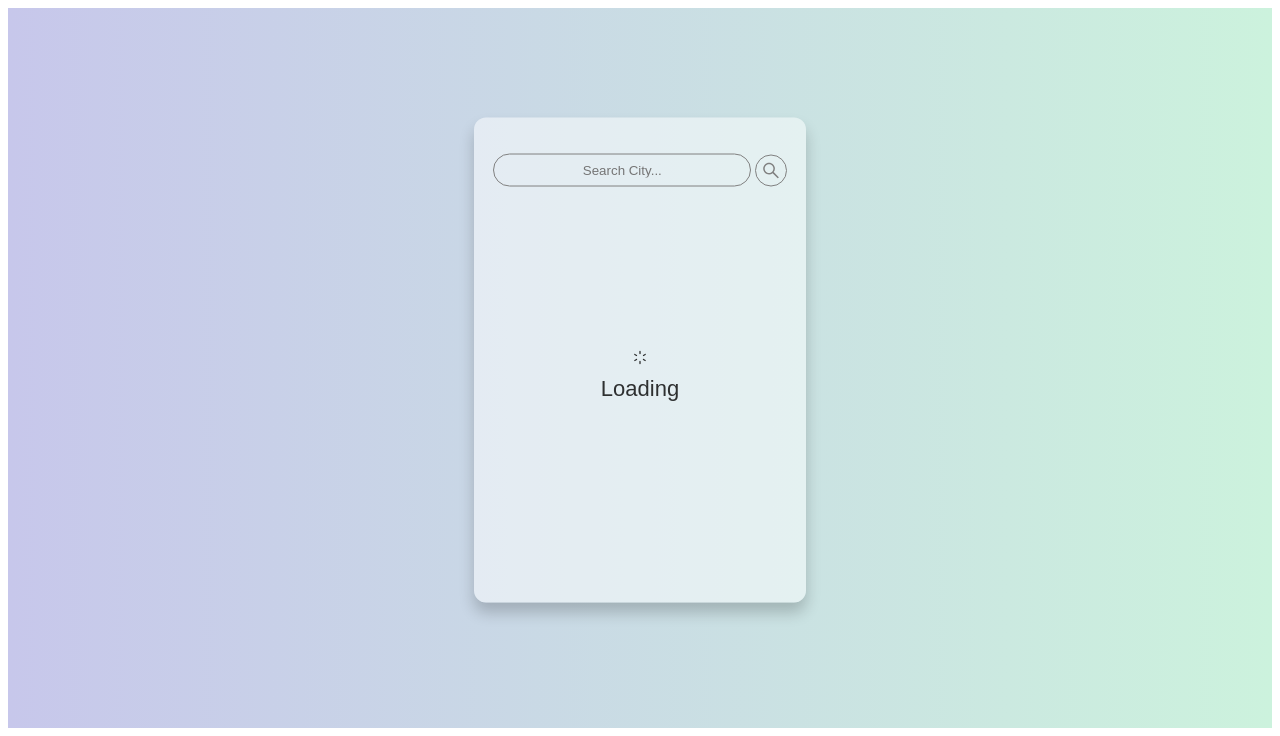
Repository: vaishnavik94/WeatherAPP
Page: /
These files come from the project's save history. The page is drawn as it stood at one moment and after the next save; the edit follows.
The browser window is 1280 px wide. The pictures show the whole page.
The page's requests for data from a server got no answer. The project was rebuilt for these pictures with package versions that can differ from the ones it lists, and the page was loaded fresh each time. No one was signed in, and anything a server would have sent is missing.

Above is the page before, as saved 2024-04-18 16:38:16.

### public/index.html
<!DOCTYPE html>
<html lang="en">

  <head>
    <meta charset="utf-8" />
    <meta name="viewport" content="width=device-width, initial-scale=1" />
    <meta name="theme-color" content="#000000" />
    <meta name="description" content="Web site created using create-react-app"/>

    <title>React App</title>
  </head>

  <body>
    <noscript>You need to enable JavaScript to run this app.</noscript>
    <div id="root"></div>

  </body>

</html>

### src/App.tsx
import React from 'react';
import './App.css';
import DisplayWeather from './components/DisplayWeather';

function App() {
  return (
    <div className="App">
      <DisplayWeather/>
    </div>
  );
}

export default App;

### src/components/DisplayWeather.tsx
import React from 'react'
import { MainWrapper } from './styles.module'
import { AiOutlineSearch } from "react-icons/ai";
import { WiHumidity } from "react-icons/wi";
import { BiWind } from "react-icons/bi";
import { RiLoaderFill } from "react-icons/ri";
import { TiWeatherPartlySunny } from "react-icons/ti";
import { BsFillSunFill, BsFillCloudFill, BsFillCloudRainFill, BsCloudFog2Fill, BsCloudyFill } from "react-icons/bs";
import axios, { Axios } from 'axios';


interface WeatherDataProps{
    name: string;

    main: {
        temp: number;
        humidity: number;
    };
    sys: {
        country: string;
    };

    wind: {
        speed:number;
    };
    weather: {
        main: string;
    }[];
}

const DisplayWeather = () => {

    const api_key="0cc86d16bf572f78cdc96c096c7627e5";
    const api_Endpoint = "https://api.openweathermap.org/data/2.5/";

    const [weatherData, setWeatherData] = React.useState<WeatherDataProps | null>(null);

    const [isLoading, setLoading] = React.useState(false);

    const fetchCurrentWeather = async (lat:number, lon:number) =>{
        const url = `${api_Endpoint}weather?lat=${lat}&lon=${lon}&appid=${api_key}&units=metric`;
        const response = await axios.get(url);

        return response.data;
    };

    const iconChanger = (weather:string) => {
        let iconElement: React.ReactNode;
        let iconColor:string;

        switch(weather) {
            case "Rain":
                iconElement = <BsFillCloudRainFill/>
                iconColor="#272829"
                break;

            case "Clear":
                iconElement = <BsFillSunFill/>
                iconColor="#ffc436"
                break;

            case "Clouds":
                iconElement = <BsCloudyFill/>
                iconColor="#102c57"
                break;

            case "Mist":
                iconElement = <BsCloudFog2Fill/>
                iconColor="#279eff"
                break;

            default :
                iconElement = <TiWeatherPartlySunny/>
                iconColor="#782869"
        }

        return (
            <span className="icon" style={{color:iconColor}}>
                {iconElement}
            </span>
        )
    }
    React.useEffect(() =>{
        navigator.geolocation.getCurrentPosition((position) => {
            const { latitude, longitude} = position.coords;
            Promise.all([fetchCurrentWeather(latitude,longitude)]).then(
                ([currentWeather]) => {
                    setWeatherData(currentWeather);
                    setLoading(true);
                    console.log(currentWeather);
                }
            );
        });
    });

  return (
    <MainWrapper>

        <div className="container">
            <div className="searchArea">
                <input type="text" placeholder='Search City...' id="cityInput"/>
                <div className="searchCircle">
                    <AiOutlineSearch className='searchIcon' />
                </div>
            </div>


            {weatherData && isLoading ?(
                <>
                    <div className="weatherArea">
                        <h1>{weatherData.name}</h1>
                        <span>{weatherData.sys.country}</span>
                        <div className="icon">
                            {iconChanger(weatherData.weather[0].main)}
                        </div>
                        <h1>{weatherData.main.temp.toFixed(0)}</h1>
                        <h2>{weatherData.weather[0].main}</h2>
                    </div>

                    <div className="bottomInfoArea">
                        <div className="humidityLevel">
                            <WiHumidity className='windIcon'/>
                            <div className="humidInfo">
                                <h1>{weatherData.main.humidity}%</h1>
                                <p>Humidity</p>
                            </div>
                        </div>

                        <div className="windLevel">
                            <BiWind className='windIcon'/>
                            <div className="windInfo">
                                <h1>{weatherData.wind.speed}km/h</h1>
                                <p>Wind Speed</p>
                            </div>
                        </div>

                    </div>
                </>
            ):(
                <div className="loading">
                    <RiLoaderFill className='"loadingIcon'/>
                    <p>Loading</p>
                </div>
            )}

        </div>

    </MainWrapper>
  );
};

export default DisplayWeather

### src/components/styles.module.ts
import styled from "styled-components";


export const MainWrapper = styled.div`
height: 100vh;
background: linear-gradient(to right, #c7c7eb, #ccf2dd);
.container {
background-color: #ffffff7d;
border-radius: 12px;
padding: 1rem;
position: absolute;
top: 50%;
left: 50%;
transform: translate(-50%, -50%);
box-shadow: 0 10px 15px rgb(0 0 0 / 20%);
box-sizing: border-box;
color: rgba(0, 0, 0, 0.8);
background-blend-mode: overlay;
justify-content: space-between;
align-items: center;
flex-direction: column;
position: absolute;
}


.searchArea {
margin-top: 20px;
display: flex;
justify-content: space-evenly;
align-items: center;
width: 100%;
}


.searchArea > input {
outline: none;
border: none;
border: 1px solid grey;
padding: 8px;
border-radius: 20px;
text-align: center;
width: 80%;
background: transparent;
}
.searchCircle {
border: 1px solid grey;
width: 30px; /* Adjust the width of the circle as needed */
height: 30px; /* Ensure the height matches the width for a perfect circle */
border-radius: 50%;
display: flex;
justify-content: center;
align-items: center;
cursor: pointer;


> .searchIcon {
font-size: 20px;
color: grey;
}
}


.weatherArea {
display: flex;
align-items: center;
flex-direction: column;
margin: 0;


> .icon {
font-size: 7rem;


/* DO LATER NOT WHEN CREATING UI */
}


> h1 {
font-size: 2.5rem;
font-family: "Bebas Neue", sans-serif;
margin: 10px 0;
}


> span {
font-family: "Inter", sans-serif;
}


> h2 {
font-size: 1.5rem;
font-family: "Inter", sans-serif;
font-weight: 400;
}
}


.bottomInfoArea {
display: flex;
align-items: center;
justify-content: space-around;
font-family: "Josefin Sans", sans-serif;
background: linear-gradient(
90deg,
rgba(243, 255, 253, 1) 0%,
rgba(253, 255, 232, 1) 100%
);
border-radius: 12px;
padding: 5px;
}
.humidityLevel,
.wind {
display: flex;
align-items: center;
margin: 0 20px;
font-size: 1rem;



> .humidIcon {
font-size: 4rem;
}
}


.windIcon {
font-size: 3rem;
margin-right: 10px;
}


.loading {
height: 400px;
width: 300px;
display: flex;
flex-direction: column;
justify-content: center;
align-items: center;
z-index: 9999;


.loadingIcon {
font-size: 3rem;
/* DO LATER NOT WHEN CREATING UI */
animation: spin 2s linear infinite;
}
p {
font-size: 22px;
margin-top: 10px;
font-family: "Josefin Sans", sans-serif;
}
}


/* DO LATER NOT WHEN CREATING UI */
@keyframes spin {
from {
transform: rotate(0deg);
}
to {
transform: rotate(360deg);
}
}
`;

Loaded but not shown: src/index.tsx (common file); src/App.css (common file)

After the next save:
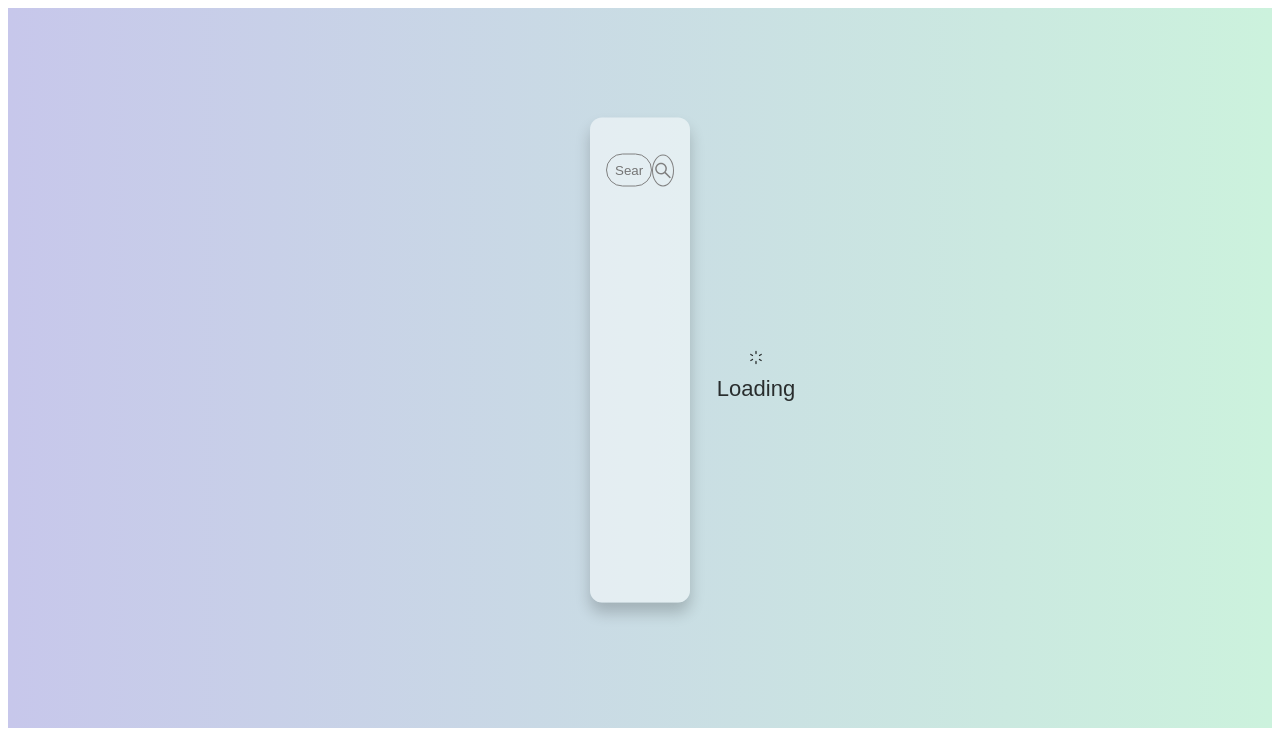
Saved 68 s later.
--- a/src/components/styles.module.ts
+++ b/src/components/styles.module.ts
@@ -3,8 +3,10 @@ import styled from "styled-components";
 
 export const MainWrapper = styled.div`
 height: 100vh;
+
 background: linear-gradient(to right, #c7c7eb, #ccf2dd);
 .container {
+width:100px;
 background-color: #ffffff7d;
 border-radius: 12px;
 padding: 1rem;
